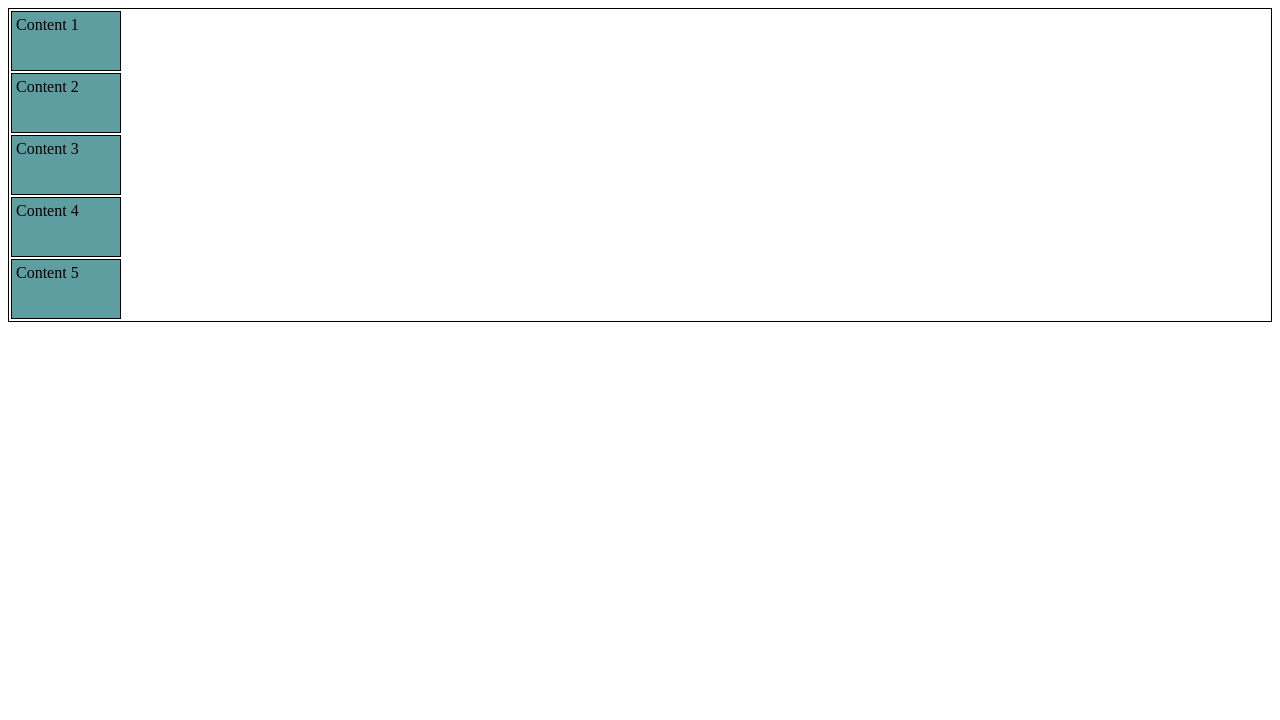
Repository: sammkrt/saltPrecourse
Page: css-trainingGround/cssMarginAndPadding.html
An editor plug-in stored every save of this project. The page is shown before and after the next save, followed by the edit.
The browser window is 1280 px wide. The pictures show the whole page.

Above is the page before, as saved 2022-12-22 10:37:23.

After the next save:
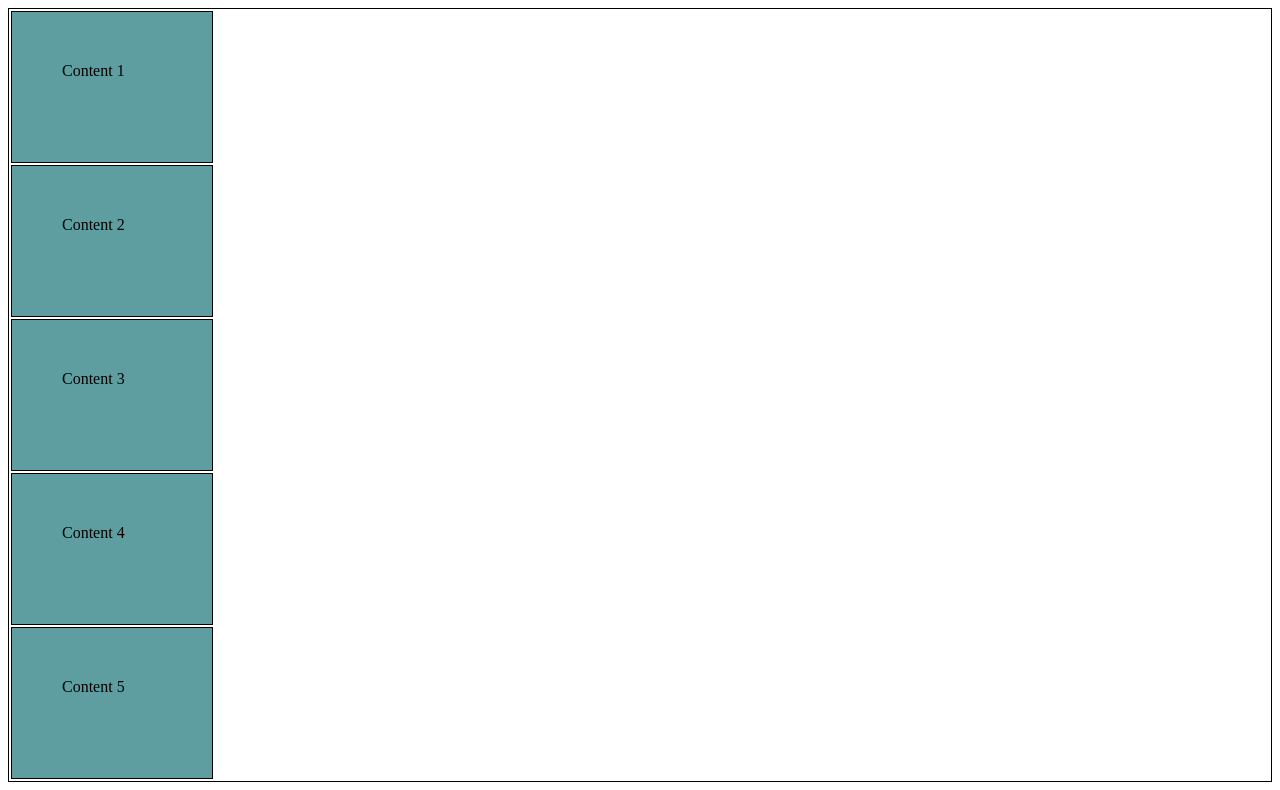
Saved 11 s later.
--- a/css-trainingGround/cssMarginAndPadding.html
+++ b/css-trainingGround/cssMarginAndPadding.html
@@ -13,7 +13,7 @@
             height: 50px;
             border: 1px solid black;
             margin: 2px;
-            padding: 4px;
+            padding: 50px;
         }
 
     </style>
